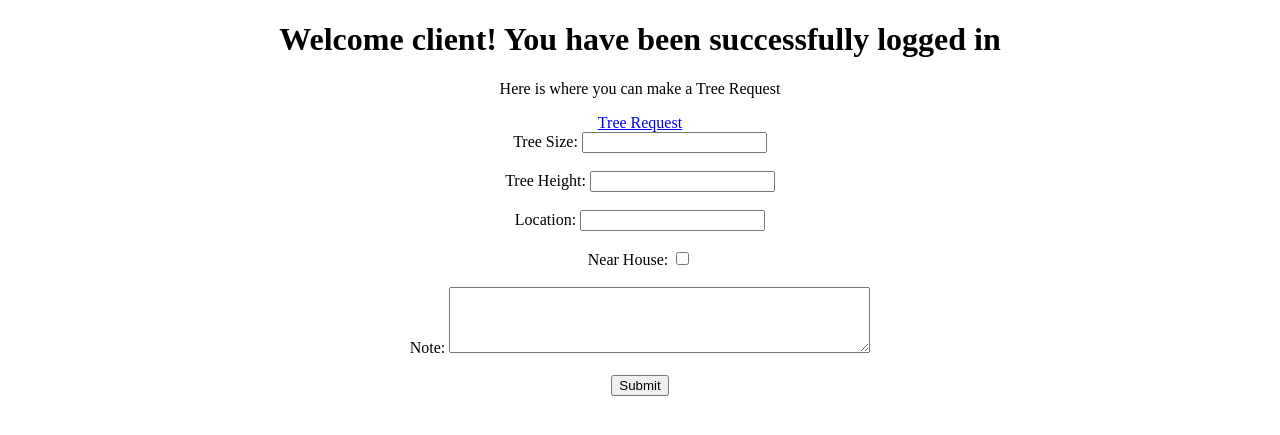
Repository: jrule5960/Tree-Cutting-Database
Page: http://localhost/database/ClientPage.jsp
An editor plug-in stored every save of this project. The page is shown before and after the next save, followed by the edit.
The browser window is 1280 px wide. The pictures show the whole page.
The page is served by Tomcat 9. Other server files are loaded and not shown.

Above is the page before, as saved 2023-11-01 23:26:24.

### database/WebContent/ClientPage.jsp
<%@ page language="java" contentType="text/html; charset=ISO-8859-1" pageEncoding="ISO-8859-1" %>
<%@ taglib uri="http://java.sun.com/jsp/jstl/core" prefix="c" %>
<!DOCTYPE html>
<html>
<head>
    <meta charset="ISO-8859-1">
    <title>Client page</title>
</head>
<body>
    <center>
        <h1>Welcome client! You have been successfully logged in</h1>
    </center>

    <center>


            <p>Here is where you can make a Tree Request</p>
        		<a href="processTreeRequest.jsp" target="_self">Tree Request</a>

        <form action="processTreeRequest.jsp" method="post">
            <label for="treeSize">Tree Size:</label>
            <input type="number" name="treeSize" required><br><br>

            <label for="treeHeight">Tree Height:</label>
            <input type="number" name="treeHeight" required><br><br>

            <label for="location">Location:</label>
            <input type="text" name="location" required><br><br>

            <label for="nearHouse">Near House:</label>
            <input type="checkbox" name="nearHouse"><br><br>

            <label for="note">Note:</label>
            <textarea name="note" rows="4" cols="50"></textarea><br><br>

            <input type="submit" value="Submit">
        </form>
    </center>
</body>
</html>

After the next save:
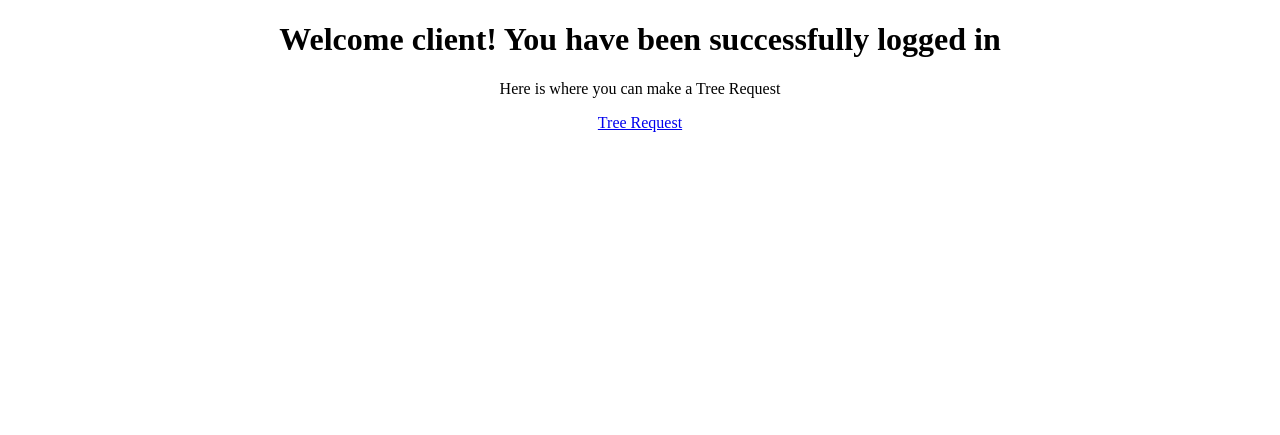
Saved 6 s later.
--- a/database/WebContent/ClientPage.jsp
+++ b/database/WebContent/ClientPage.jsp
@@ -17,23 +17,7 @@
             <p>Here is where you can make a Tree Request</p>
         		<a href="processTreeRequest.jsp" target="_self">Tree Request</a>
 
-        <form action="processTreeRequest.jsp" method="post">
-            <label for="treeSize">Tree Size:</label>
-            <input type="number" name="treeSize" required><br><br>
 
-            <label for="treeHeight">Tree Height:</label>
-            <input type="number" name="treeHeight" required><br><br>
-
-            <label for="location">Location:</label>
-            <input type="text" name="location" required><br><br>
-
-            <label for="nearHouse">Near House:</label>
-            <input type="checkbox" name="nearHouse"><br><br>
-
-            <label for="note">Note:</label>
-            <textarea name="note" rows="4" cols="50"></textarea><br><br>
-
-            <input type="submit" value="Submit">
         </form>
     </center>
 </body>
